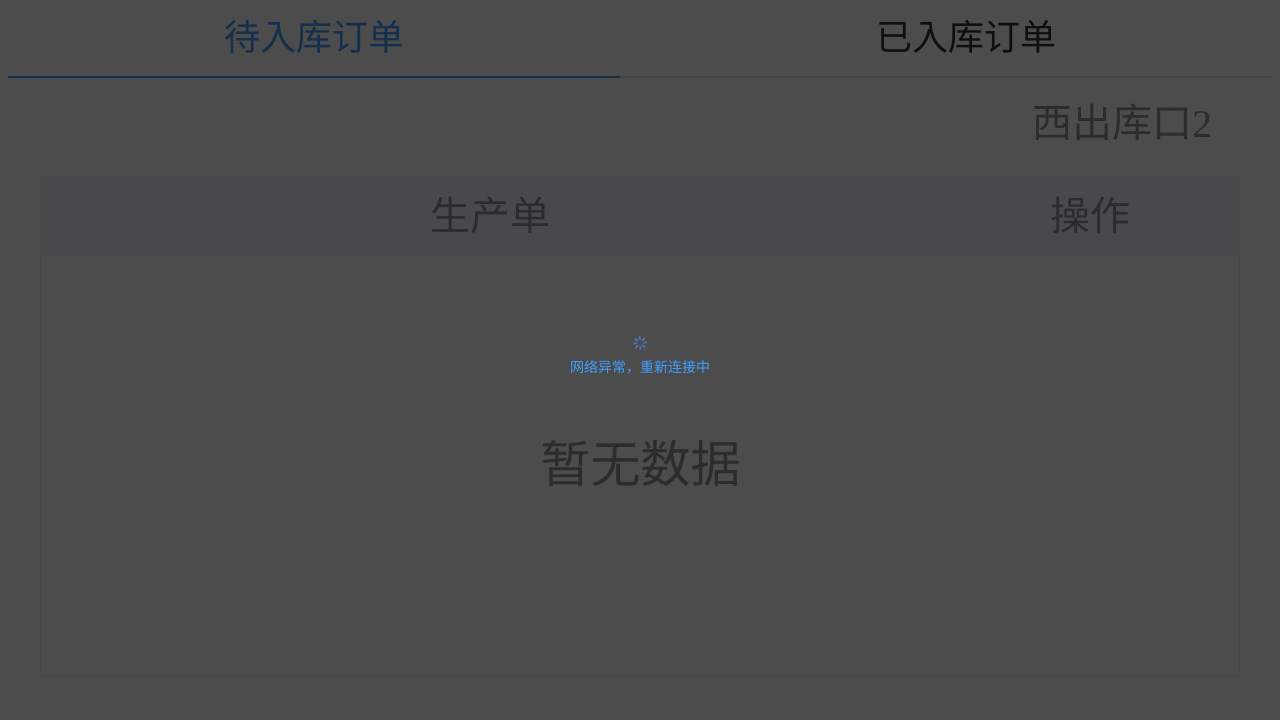
Repository: yaesass/yaesass
Page: /#/InStockDetail (app in scancode/)
These files come from the project's save history. The page is drawn as it stood at one moment and after the next save; the edit follows.
The browser window is 1280 px wide. The pictures show the whole page.
The page's requests for data from a server got no answer. The project was rebuilt for these pictures with package versions that can differ from the ones it lists, and the page was loaded fresh each time. No one was signed in, and anything a server would have sent is missing. Also part of the build but not shown: scancode/vue.config.js.

Above is the page before, as saved 2022-07-01 10:45:01.

### scancode/src/App.vue
<template>
  <div id="app">
    <!-- Name {{ Name }} token {{ token }} Type {{ Type }} Remarks {{ Remarks }} -->
    <router-view></router-view>
  </div>
</template>
<script>
export default {
  name: "App",
  data() {
    return {
      // show: "",
      // activeName: "待生产订单",
      // list: [],
      // listLoading: true,
      // queryForm: {
      //   CurrentPage: 1,
      //   PageSize: 999999,
      // },
      // intervalId: null,
      // messageObj: "",
    };
  },
  created() {
    //获取winform数据
    let Name, token, Type, Remarks;
    // Name = this.getQueryString("Name");
    // token = "Bearer" + " " + this.getQueryString("token");
    // Type = this.getQueryString("DeliveryType");
    // Remarks = this.getQueryString("Remarks");
    token =
      "Bearer admin-accessToken-eyJ0eXAiOiJKV1QiLCJhbGciOiJIUzI1NiJ9.eyJpZCI6IkVBNDY5MDAwLUEwRTMtNDM2NS04OEU1LTYzNTk4MUQxNzM2NSIsIm5hbWUiOiLmiavnoIEifQ.ysDSnXIKlGLatjoH2wUIq0r65R8tv9DP_CH0vsOTbN0";
    Name = "out4";
    Type = "out";
    Name = "in4";
    Type = "in";
    Remarks = "西出库口2";
    if (Type == "in") {
      this.$router.push({
        name: "InStock",
        params: { Name, token, Type, Remarks },
      });
    } else {
      this.$router.push({
        name: "OutStock",
        params: { Name, token, Type, Remarks },
      });
    }
  },
  beforeDestroy() {
    // this.isDestroyed = true;
    // this.ws.close("测试");
  },
  methods: {
    //接收winform数据
    getQueryString(name) {
      var reg = new RegExp("(^|&)" + name + "=([^&]*)(&|$)");
      var r = window.location.search.substr(1).match(reg);
      if (r != null) return decodeURI(r[2]);
      return null;
    },
  },
};
</script>

### scancode/src/views/InStock.vue
<template>
  <el-tabs v-model="activeName" @tab-click="handleClick">
    <el-tab-pane label="待入库订单" class="counttable" name="待入库订单">
      <div class="count">
        <div class="counttxt">{{ Remarks }}</div>
      </div>
      <el-table
        :data="tableData"
        border
        :header-cell-style="{
          background: '#F2F6FC',
          height: '48px',
          color: '#909399',
          fontSize: '40px',
        }"
        style="width: 95%; margin: 40px auto 0 auto; font-size: 50px"
        :cell-style="totalcellcolor"
        height="500"
        :row-style="{ height: '48px' }"
      >
        <el-table-column align="center" label="生产单">
          <template slot-scope="scope">
            <span v-html="scope.row.product"></span>
          </template>
        </el-table-column>
        <el-table-column align="center" label="操作" width="300px">
          <template #default="{ row }">
            <el-button
              type="primary"
              round
              @click="ordercharge(row)"
              style="font-size: 20px"
            >
              入库
            </el-button>
          </template>
        </el-table-column>
      </el-table>
    </el-tab-pane>
    <el-tab-pane label="已入库订单" class="counttable" name="已入库订单">
      <el-table
        :data="tableData"
        border
        :header-cell-style="{
          background: '#F2F6FC',
          height: '48px',
          color: '#909399',
          fontSize: '40px',
        }"
        style="width: 95%; margin: 20px auto 0 auto; font-size: 25px"
        :cell-style="totalcellcolor"
        height="550"
        :row-style="{ height: '48px' }"
      >
        <el-table-column align="center" label="生产单">
          <template slot-scope="scope">
            <span v-html="scope.row.product"></span>
          </template>
        </el-table-column>
        <el-table-column
          align="center"
          prop="RealQuantity"
          label="数量"
          width="250px"
        >
        </el-table-column>
        <el-table-column align="center" label="时间" width="250px">
          <template slot-scope="scope">
            <span v-html="scope.row.WarehousingTime"></span>
          </template>
        </el-table-column>
      </el-table>
    </el-tab-pane>
  </el-tabs>
</template>

<script>
export default {
  name: "InStock",
  data() {
    return {
      token: "",
      Name: "",
      Type: "",
      Remarks: "",
      activeName: "待入库订单",
      tableData: [], //列表数据
    };
  },
  created() {
    this.token = this.$route.params.token;
    this.Name = this.$route.params.Name;
    this.Type = this.$route.params.Type;
    this.Remarks = this.$route.params.Remarks;
    this.GetScanningOrder();

    // console.log("this.$route.params", this.$route.params);
  },
  mounted() {},

  destroyed() {
    // 在页面销毁
  },
  methods: {
    //选项卡
    handleClick(e) {
      // console.log("点击tab", e.name);
      this.getlist(e.name);
    },

    //入库按钮
    ordercharge(row) {
      let that = this;

      this.$loading({
        lock: true,
        text: "请稍候...",
        spinner: "el-icon-loading",
        background: "rgba(0, 0, 0, 0.7)",
      });
      this.Ordername = row.product;
      that.$axios
        .post(
          "https://www.moondeity.com:8308/api/Areas/OrderInfo/EditOrderState",
          {
            OrderId: row.OrderId,
            StockType: that.Name,
            StockState: 1,
          },
          {
            headers: {
              Authorization: that.token,
            },
          }
        )
        .then(function (response) {
          //console.log('EditOrderStateresponse', response.data.msg)
          if (response.data.msg != "修改成功") {
            that.$loading().close();
            that.message(response.data.msg);
          }
          that.GetScanningOrder();
        })
        .catch(function (error) {
          console.log(error);
        });
    },

    //查询入库订单状态
    GetScanningOrder(e) {
      let that = this;
      that.$loading({
        lock: true,
        text: "请稍候...",
        spinner: "el-icon-loading",
        background: "rgba(0, 0, 0, 0.7)",
      });
      that.list = [];
      that.$axios
        .post(
          "https://www.moondeity.com:8308/api/Areas/OrderInfo/GetScanningOrder",
          {
            Type: that.Name,
          },
          {
            headers: {
              Authorization: that.token,
            },
          }
        )
        .then(function (response) {
          let reqdata = response.data.data;
          // console.log("查询入库订单状态", reqdata.dt);
          if (reqdata.dt != "") {
            let { Name, token, Type, Remarks } = that;
            console.log("{ Name, token, Type, Remarks } ", {
              Name,
              token,
              Type,
              Remarks,
            });
            //有正在入库的订单
            that.$router.push({
              name: "InStockDetail",
              params: { Name, token, Type, Remarks },
            });
          } else {
            that.getlist("待入库订单"); //没有正在入库的订单
          }
          that.$loading().close();
        })
        .catch(function (error) {
          console.log("查询入库订单状态error", error);
          if (e != "err") {
            that.$loading().close();
          }
          that.$loading({
            lock: true,
            text: "网络异常，重新连接中",
            spinner: "el-icon-loading",
            background: "rgba(0, 0, 0, 0.7)",
          });
          setTimeout(() => {
            that.GetScanningOrder("err");
          }, 3000);
        });
    },

    //获取列表
    getlist(Type) {
      let that = this;
      this.tableData = [];
      let formData = {
        Type,
        PageSize: 999999,
        CurrentPage: 1,
        StockType: that.Name,
      };
      if (Type == "已入库订单") {
        formData.begintime = this.gettime();
        formData.endtime = this.gettime();
      }

      this.$axios
        .post(
          "https://www.moondeity.com:8308/api/Areas/OrderInfo/GetOrderList",
          formData,
          {
            headers: {
              Authorization: that.token,
            },
          }
        )
        .then(function (response) {
          // console.log("获取待入库订单列表", response.data.data.dt);
          let temp = response.data.data.dt,
            list = [];
          for (let i = 0; i in temp; i++) {
            if (temp[i].WarehousingTime) {
              temp[i].WarehousingTime = temp[i].WarehousingTime.replace(
                "T",
                "<br/>"
              );
            }
            list.push({
              product: temp[i].Remarks,
              OrderId: temp[i].Id,
              RealQuantity: temp[i].RealQuantity,
              WarehousingTime: temp[i].WarehousingTime,
            });
          }
          //console.log('list', list)
          that.tableData = list;
        })
        .catch(function (error) {
          console.log(error);
        });
    },
    //表格列颜色
    batchcellcolor({ row, column, rowIndex, columnIndex }) {
      row, column, rowIndex;
      if (columnIndex == 2) {
        return "color:red";
      }
    },
    totalcellcolor({ row, column, rowIndex, columnIndex }) {
      row, column, rowIndex;
      if (columnIndex == 1) {
        return "color:red";
      }
    },
    //当前日期
    gettime() {
      let yy = new Date().getFullYear();
      let mm = new Date().getMonth() + 1;
      let dd = new Date().getDate();
      return yy + "-" + mm + "-" + dd;
    },
    //弹窗提示
    message(msg) {
      //console.log('message')
      if (msg == "success") {
        msg = "成功";
      }
      const h = this.$createElement;
      let tempHtml = h(
        "p",
        {
          style:
            " width: 100%; display:flex;align-items: center;justify-content: space-between;",
        },
        [h("span", undefined, msg)]
      );
      if (msg.indexOf("成功") != "-1") {
        this.$message({
          dangerouslyUseHTMLString: true,
          duration: 2000,
          type: "success",
          message: tempHtml,
          customClass: "workShop_message",
        });
        return true;
      }
      if (msg == "网络连接失败") {
        this.$message({
          dangerouslyUseHTMLString: true,
          duration: 2000,
          type: "error",
          message: tempHtml,
          customClass: "workShop_message",
        });
        return false;
      } else {
        this.$message({
          dangerouslyUseHTMLString: true,
          duration: 2000,
          type: "error",
          message: tempHtml,
          customClass: "workShop_message",
        });
        return false;
      }
    },
  },
};
</script>

<style>
.el-table {
  width: 100%;
  display: flex;
  flex-direction: column;
}

.el-table__body-wrapper {
  flex: 1;
}

.el-tabs__nav {
  width: 100%;
}
.el-tabs__item {
  margin-top: 10px;
  width: 50%;
  height: 60px;
  text-align: center;
  font-size: 36px;
  font-weight: 300;
  letter-spacing: 0em;
}

.count {
  display: flex;
  justify-content: right;
  margin: 20px 60px 20px 0;
}

.count .counttxt {
  font-size: 40px;
  font-weight: normal;
  line-height: 24px;
  letter-spacing: 0px;
  color: #909399;
}

.counttable .el-table .cell {
  line-height: 50px;
  font-weight: 300;
}

.workShop_message {
  width: 40%;
  font-size: 30px;
  color: #ff7d38;
}

.workShop_message .btn {
  padding: 5px 10px;
  cursor: pointer;
  background: #ffb89143;
  border: 2px solid #ffb89143;
  border-radius: 10px;
}
</style>

### scancode/src/views/OutStock.vue
<template>
  <el-tabs v-model="activeName" @tab-click="handleClick">
    <el-tab-pane label="实时出库信息" class="counttable" name="实时出库信息">
      <div class="count">
        <div class="counttxt">{{ Remarks }}</div>
      </div>
      <el-table
        :data="tableData"
        border
        :header-cell-style="{
          background: '#F3F4F7',
          color: '#555',
          height: '97px',
        }"
        style="width: 95%; margin: 40px auto 0 auto; font-size: 50px"
        :cell-style="totalcellcolor"
        height="500"
        :row-style="{ height: '48px' }"
      >
        <el-table-column label="商品名称" style="heihgt: 97px">
          <template slot-scope="scope">
            <span v-html="scope.row.name"></span>
          </template>
        </el-table-column>
        <el-table-column align="center" label="数量" width="323">
          <template slot-scope="scope">
            <div style="color: red">{{ scope.row.num }}</div>
          </template>
        </el-table-column>
      </el-table>
      <div class="zero" @click="zero()">
        <div class="btntxt">完成出库</div>
      </div>
    </el-tab-pane>
    <el-tab-pane label="历史出库单" class="counttable" name="历史出库单">
      <el-table
        :data="tableData"
        border
        :header-cell-style="{
          background: '#F2F6FC',
          height: '48px',
          color: '#909399',
          fontSize: '40px',
        }"
        style="width: 910px; margin: 40px auto; font-size: 25px"
        :cell-style="totalcellcolor"
        height="450"
        :row-style="{ height: '48px' }"
      >
        <el-table-column align="center" prop="product" label="产品名称">
        </el-table-column>
        <el-table-column align="center" prop="time" label="时间">
        </el-table-column>
        <el-table-column align="center" prop="num" label="出库数量">
        </el-table-column>
        <el-table-column align="center" prop="state" label="出库类型">
        </el-table-column>
      </el-table>
    </el-tab-pane>
  </el-tabs>
</template>

<script>
export default {
  name: "InStock",
  data() {
    return {
      token: "",
      Name: "",
      Type: "",
      Remarks: "",
      activeName: "实时出库信息",
      tableData: [], //列表数据
    };
  },
  created() {
    this.token = this.$route.params.token;
    this.Name = this.$route.params.Name;
    this.Type = this.$route.params.Type;
    this.Remarks = this.$route.params.Remarks;

    // console.log("this.$route.params", this.$route.params);
  },
  mounted() {
    this.GetOrderOut();
  },

  destroyed() {
    // 在页面销毁
  },
  methods: {
    //选项卡
    handleClick(e) {
      console.log("点击tab", e.name);
      if (e.name == "实时出库信息") {
        this.GetOrderOut();
      }
      // else {

      // }
    },

    //查询已激活出库单
    GetOrderOut() {
      let that = this;
      this.$loading({
        lock: true,
        text: "请稍候...",
        spinner: "el-icon-loading",
        background: "rgba(0, 0, 0, 0.7)",
      });
      that.$axios
        .post(
          "https://www.moondeity.com:8308/api/Areas/OrderInfo/GetOrderOut",
          {
            Name: that.Name,
          },
          {
            headers: {
              Authorization: that.token,
            },
          }
        )
        .then(function (res) {
          that.$loading().close();
          let reqData = res.data;
          console.log("查询已激活出库单", reqData);
          if (reqData.code == "200") {
            if (reqData.msg == "无激活订单") {
              that.setData({
                outState: "开始出库",
              });
              that.data.outOrderId = "";
            } else {
              that.setData({
                outState: "出库中",
              });
              that.data.outOrderId = reqData.data.model.Id;
              that.GetOrderOutListDetail();
            }
          } else {
            that.message(reqData.msg);
          }
        })
        .catch(function (error) {
          console.log(error);
        });
    },

    //查询出库单明细
    GetOrderOutListDetail() {
      let that = this,
        OrderId = that.data.outOrderId;
      this.$loading({
        lock: true,
        text: "请稍候...",
        spinner: "el-icon-loading",
        background: "rgba(0, 0, 0, 0.7)",
      });

      that.$axios
        .post(
          "https://www.moondeity.com:8308/api/Areas/OrderInfo/GetOrderOutListDetail",
          {
            OrderId,
          },
          {
            headers: {
              Authorization: that.token,
            },
          }
        )
        .then(function (res) {
          that.$loading().close();
          let reqData = res.data;
          console.log("查询出库单明细", reqData);

          if (reqData.code == "200") {
            let dt = reqData.data.dts;
            if (dt == "") {
              that.setData({
                list: [],
              });
              // console.log("无返回", that.data.list);
            } else {
              that.setData({
                list: dt,
              });
            }
          } else {
            that.message(reqData.msg);
          }
        })
        .catch(function (error) {
          console.log(error);
        });
    },
    //弹窗提示
    message(msg) {
      //console.log('message')
      if (msg == "success") {
        msg = "成功";
      }
      const h = this.$createElement;
      let tempHtml = h(
        "p",
        {
          style:
            " width: 100%; display:flex;align-items: center;justify-content: space-between;",
        },
        [h("span", undefined, msg)]
      );
      if (msg.indexOf("成功") != "-1") {
        this.$message({
          dangerouslyUseHTMLString: true,
          duration: 2000,
          type: "success",
          message: tempHtml,
          customClass: "workShop_message",
        });
        return true;
      }
      if (msg == "网络连接失败") {
        this.$message({
          dangerouslyUseHTMLString: true,
          duration: 2000,
          type: "error",
          message: tempHtml,
          customClass: "workShop_message",
        });
        return false;
      } else {
        this.$message({
          dangerouslyUseHTMLString: true,
          duration: 2000,
          type: "error",
          message: tempHtml,
          customClass: "workShop_message",
        });
        return false;
      }
    },
    totalcellcolor({ row, column, rowIndex, columnIndex }) {
      row, column, rowIndex;
      if (columnIndex == 1) {
        return "color:red";
      }
    },
  },
};
</script>

<style>
.el-table {
  width: 100%;
  display: flex;
  flex-direction: column;
}

.el-table__body-wrapper {
  flex: 1;
}

.el-tabs__nav {
  width: 100%;
}
.el-tabs__item {
  margin-top: 10px;
  width: 50%;
  height: 60px;
  text-align: center;
  font-size: 36px;
  font-weight: 300;
  letter-spacing: 0em;
}

.count {
  display: flex;
  justify-content: right;
  margin: 20px 60px 20px 0;
}

.count .counttxt {
  font-size: 40px;
  font-weight: normal;
  line-height: 24px;
  letter-spacing: 0px;
  color: #909399;
}

.counttable .el-table .cell {
  line-height: 50px;
  font-weight: 300;
}

.workShop_message {
  width: 40%;
  font-size: 30px;
  color: #ff7d38;
}

.workShop_message .btn {
  padding: 5px 10px;
  cursor: pointer;
  background: #ffb89143;
  border: 2px solid #ffb89143;
  border-radius: 10px;
}
</style>

Loaded but not shown: scancode/public/index.html (common file); scancode/src/router/index.js (42 lines, source omitted); scancode/src/main.js (17 lines, source omitted); scancode/src/views/InStockDetail.vue (500 lines, source omitted)

After the next save:
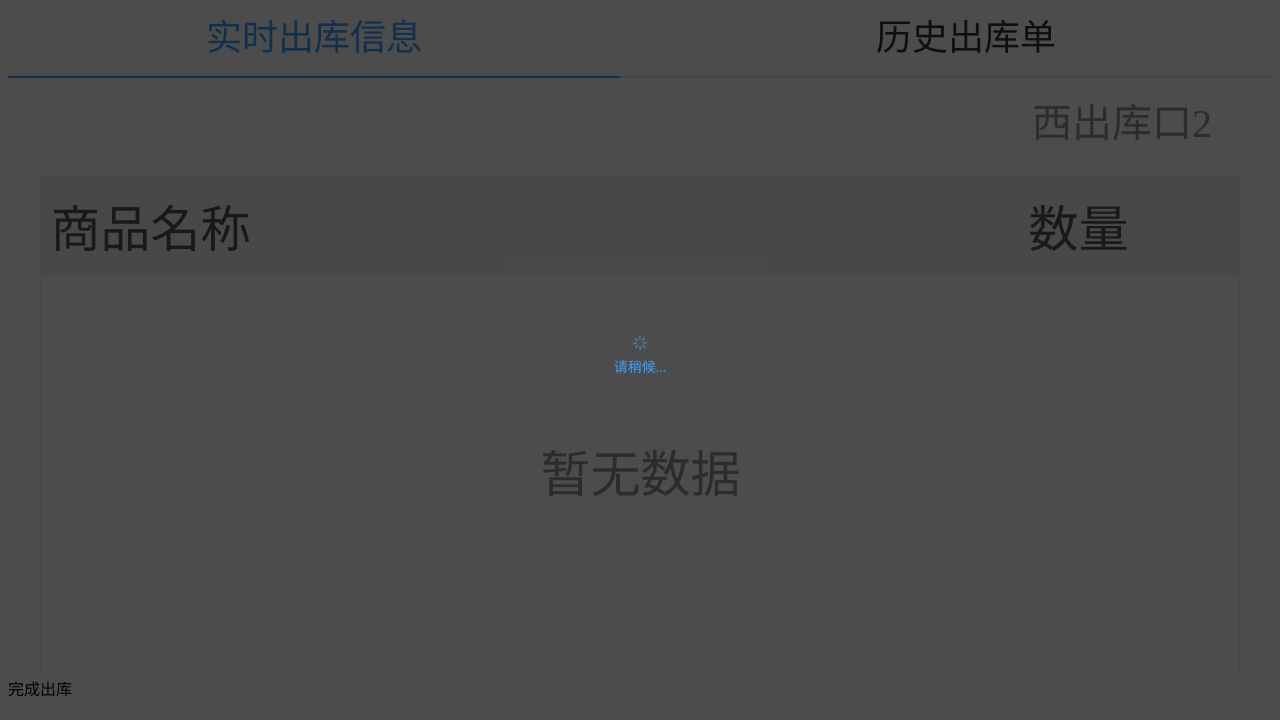
Saved 7 s later.
--- a/scancode/src/App.vue
+++ b/scancode/src/App.vue
@@ -32,8 +32,8 @@
       "Bearer admin-accessToken-eyJ0eXAiOiJKV1QiLCJhbGciOiJIUzI1NiJ9.eyJpZCI6IkVBNDY5MDAwLUEwRTMtNDM2NS04OEU1LTYzNTk4MUQxNzM2NSIsIm5hbWUiOiLmiavnoIEifQ.ysDSnXIKlGLatjoH2wUIq0r65R8tv9DP_CH0vsOTbN0";
     Name = "out4";
     Type = "out";
-    Name = "in4";
-    Type = "in";
+    // Name = "in4";
+    // Type = "in";
     Remarks = "西出库口2";
     if (Type == "in") {
       this.$router.push({

After the save that followed:
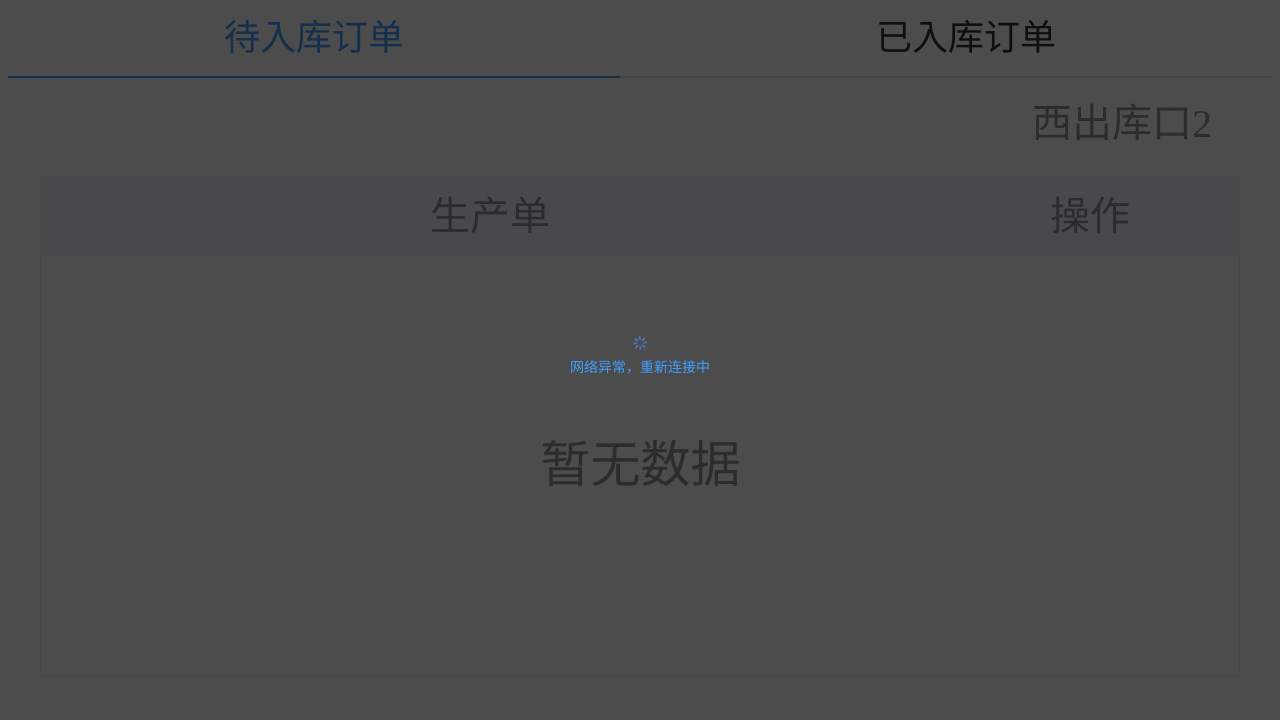
Saved 48 s later.
--- a/scancode/src/App.vue
+++ b/scancode/src/App.vue
@@ -32,8 +32,8 @@
       "Bearer admin-accessToken-eyJ0eXAiOiJKV1QiLCJhbGciOiJIUzI1NiJ9.eyJpZCI6IkVBNDY5MDAwLUEwRTMtNDM2NS04OEU1LTYzNTk4MUQxNzM2NSIsIm5hbWUiOiLmiavnoIEifQ.ysDSnXIKlGLatjoH2wUIq0r65R8tv9DP_CH0vsOTbN0";
     Name = "out4";
     Type = "out";
-    // Name = "in4";
-    // Type = "in";
+    Name = "in4";
+    Type = "in";
     Remarks = "西出库口2";
     if (Type == "in") {
       this.$router.push({
